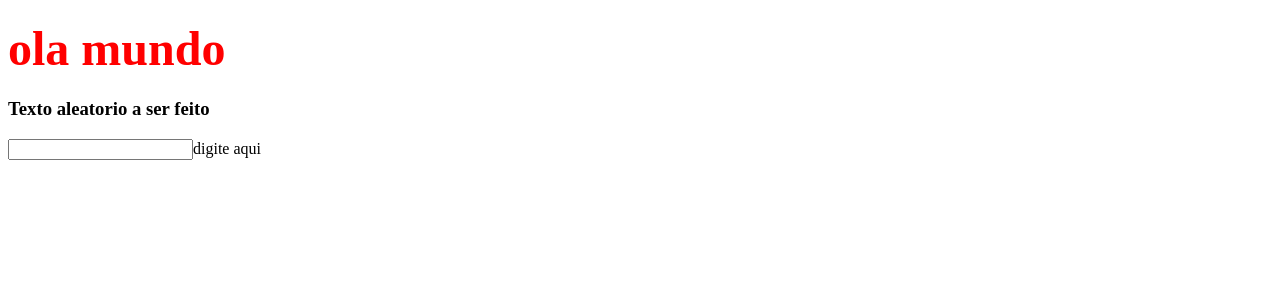
Repository: waanvieira/f21-jdbc-f21-jdbc-exer
Page: curso_java_web1/src/main/webapp/index.html
These files come from the project's save history. The page is drawn as it stood at one moment and after the next save; the edit follows.
The browser window is 1280 px wide. The pictures show the whole page.

Above is the page before, as saved 2019-02-18 03:52:52.

### curso_java_web1/src/main/webapp/index.html
<!DOCTYPE html>
<html>
<head>
<meta charset="ISO-8859-1">
<title>Welcome to curso</title>
</head>
<body>
<h1><font color="red" size="39px">ola mundo</font></h1>
<h3>Texto aleatorio a ser feito</h3>
<form method="post" action="index2.html">
<input type="text" name=variavel id=variavel>digite aqui

</form>
</body>
</html>

After the next save:
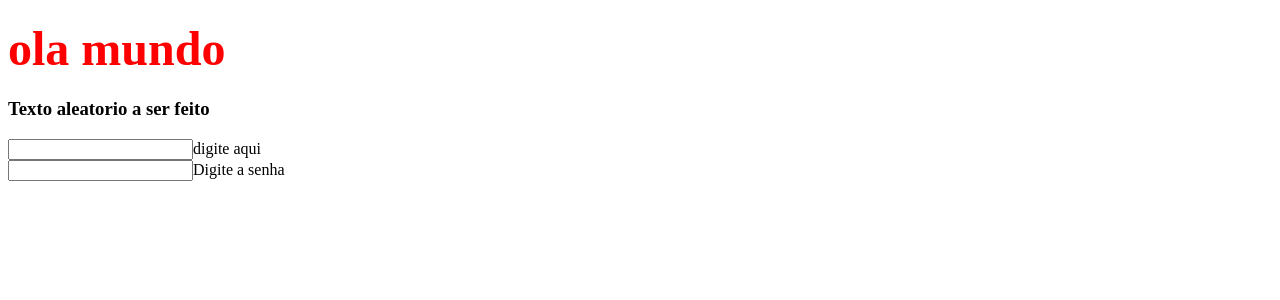
Saved 62 s later.
--- a/curso_java_web1/src/main/webapp/index.html
+++ b/curso_java_web1/src/main/webapp/index.html
@@ -9,7 +9,7 @@
 <h3>Texto aleatorio a ser feito</h3>
 <form method="post" action="index2.html">
 <input type="text" name=variavel id=variavel>digite aqui
-
+<br><input type="password" name=senha>Digite a senha
 </form>
 </body>
 </html>
